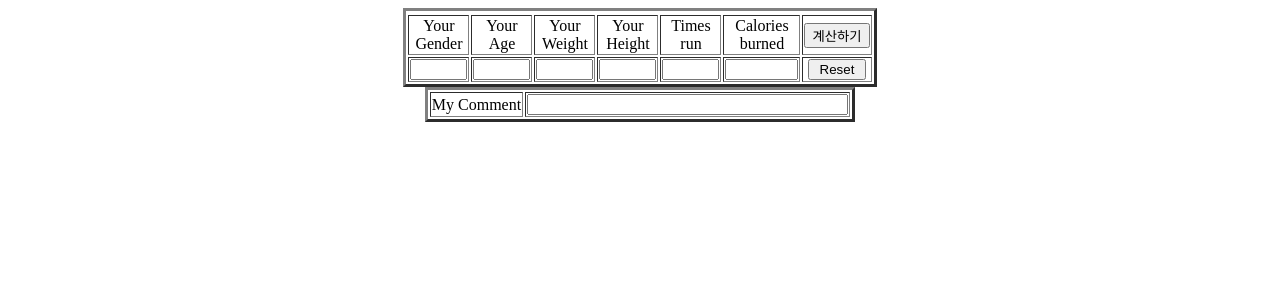
Repository: lgy880/AIWebDevelopment
Page: RUN_WAY/src/main/resources/static/html/ver2.html
An editor plug-in stored every save of this project. The page is shown before and after the next save, followed by the edit.
The browser window is 1280 px wide. The pictures show the whole page.

Above is the page before, as saved 2021-08-05 06:41:12.
Console error: SyntaxError: Unexpected end of input

After the next save:
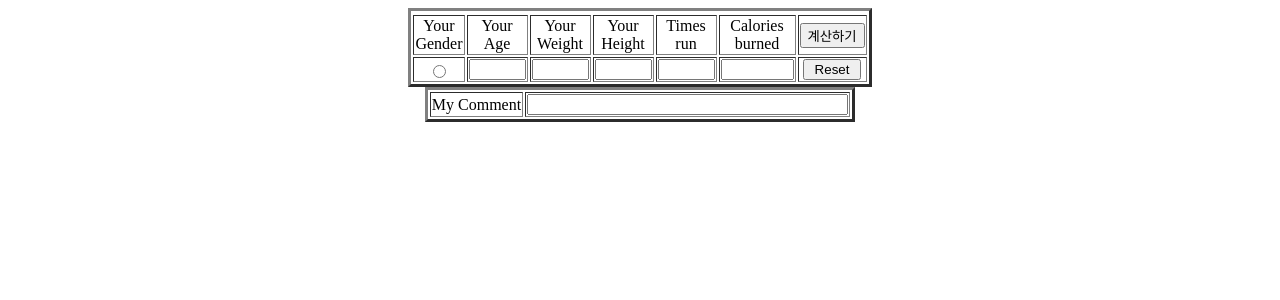
Saved 6 s later.
--- a/RUN_WAY/src/main/resources/static/html/ver2.html
+++ b/RUN_WAY/src/main/resources/static/html/ver2.html
@@ -97,7 +97,7 @@
 				</TR>
 				<tr>
 					<TD><div align=center>
-							<INPUT TYPE=text NAME=myGender SIZE="4"
+							<INPUT TYPE=radio NAME=myGender SIZE="4"
 								ONCHANGE="SetMyGender(this)">
 						</div></TD>
 					<TD><div align=center>
